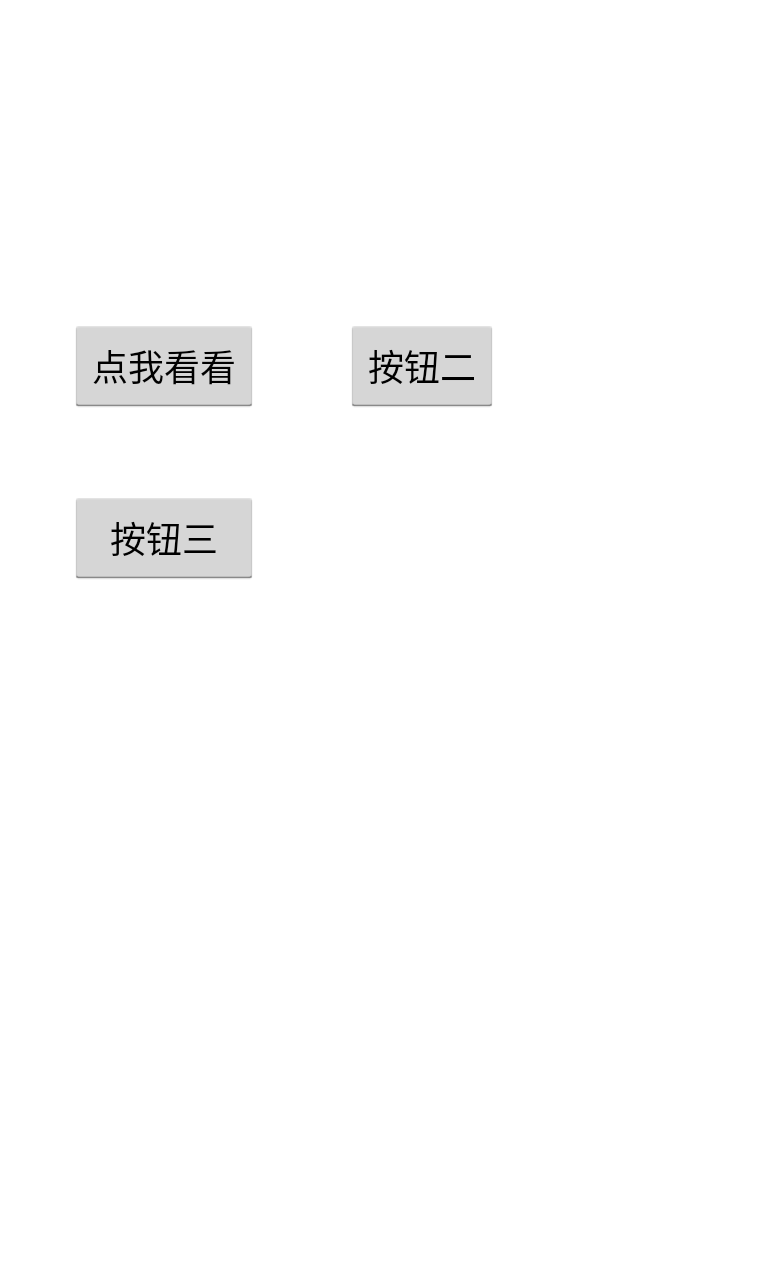
Repository: 17390089054/android
Layout: AlertDialog/res/layout/activity_main.xml
These files come from the project's save history. The layout is drawn as it stood at one moment and after the next save; the edit follows.
It is drawn on a 768 x 1280 px phone screen (xhdpi) without system bars, with theme AppTheme; the app's code is not run.

Above is the layout before, as saved 2018-05-03 15:42:47.

After the next save:
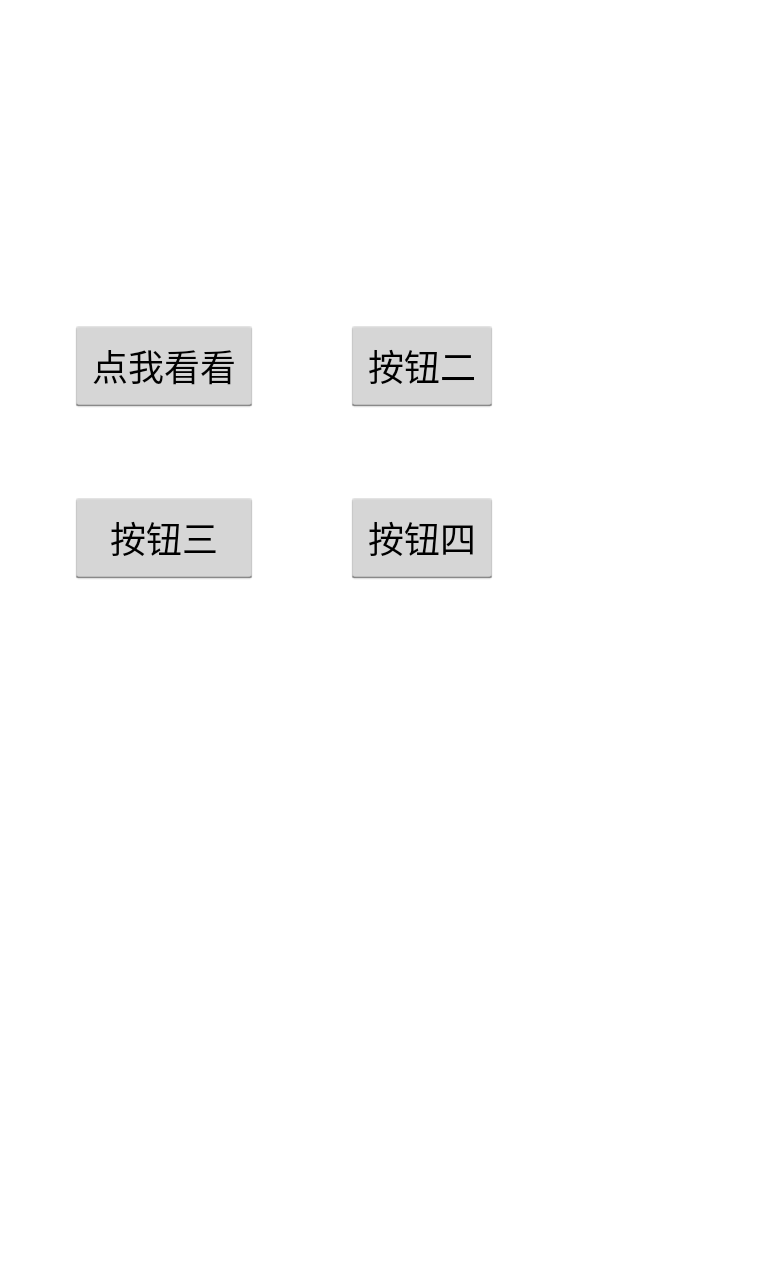
Saved 111 s later.
--- a/AlertDialog/res/layout/activity_main.xml
+++ b/AlertDialog/res/layout/activity_main.xml
@@ -23,7 +23,6 @@
         android:id="@+id/button2"
         android:layout_width="wrap_content"
         android:layout_height="wrap_content"
-        android:layout_alignBaseline="@+id/button1"
         android:layout_alignBottom="@+id/button1"
         android:layout_marginLeft="42dp"
         android:layout_toRightOf="@+id/button1"
@@ -41,6 +40,13 @@
         android:onClick="test03"
         android:text="按钮三" />
 
-
+    <Button
+        android:id="@+id/button4"
+        android:layout_width="wrap_content"
+        android:layout_height="wrap_content"
+        android:layout_alignBaseline="@+id/button3"
+        android:layout_alignBottom="@+id/button3"
+        android:layout_alignRight="@+id/button2"
+        android:text="按钮四" />
 
 </RelativeLayout>
